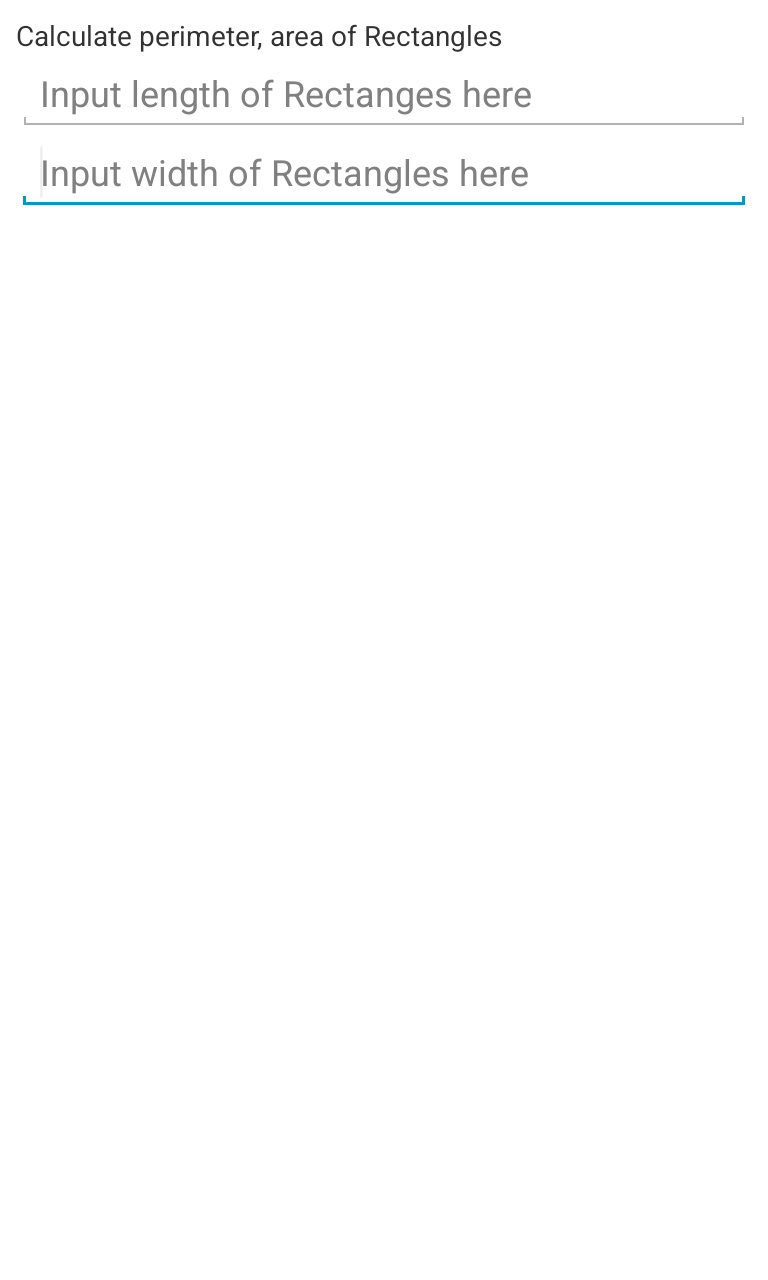
Repository: LightWay152/Lesson1_Variable_Type_Operations
Layout: Perimeter_Area_Rectangles_Circles/res/layout/activity_main.xml
These files come from the project's save history. The layout is drawn as it stood at one moment and after the next save; the edit follows.
It is drawn on a 768 x 1280 px phone screen (xhdpi) without system bars, with theme AppTheme; the app's code is not run.

Above is the layout before, as saved 2017-01-01 08:46:01.

### Perimeter_Area_Rectangles_Circles/res/layout/activity_main.xml
<LinearLayout xmlns:android="http://schemas.android.com/apk/res/android"
    xmlns:tools="http://schemas.android.com/tools"
    android:layout_width="match_parent"
    android:layout_height="match_parent"
    android:orientation="vertical"
    android:padding="8dp"
    tools:context="${relativePackage}.${activityClass}" >

    <TextView
        android:layout_width="match_parent"
        android:layout_height="wrap_content"
        android:text="@string/calculate_perimeter_area_rectangles"/>
	<EditText
        android:id="@+id/EditText1"
        android:layout_width="match_parent"
        android:layout_height="wrap_content"
        android:hint="@string/input_length"
        android:ems="10"><requestFocus />
    </EditText>
	<EditText
        android:id="@+id/EditText2"
        android:layout_width="match_parent"
        android:layout_height="wrap_content"
        android:hint="@string/input_width"
        android:ems="10" ><requestFocus />
    </EditText>

</LinearLayout>

### Perimeter_Area_Rectangles_Circles/res/values/strings.xml
<?xml version="1.0" encoding="utf-8"?>
<resources>

    <string name="app_name">Rectangles_Circles</string>
    <string name="hello_world">Hello world!</string>
    <string name="calculate_perimeter_area_rectangles">Calculate perimeter, area of Rectangles</string>
    <string name="input_length">Input length of Rectanges here</string>
    <string name="input_width">Input width of Rectangles here</string>
    <string name="calculate">Calculate</string>


</resources>

Loaded but not shown: Perimeter_Area_Rectangles_Circles/res/values/styles.xml (common file); Perimeter_Area_Rectangles_Circles/res/values-v11/styles.xml (common file); Perimeter_Area_Rectangles_Circles/res/values-v14/styles.xml (common file)

After the next save:
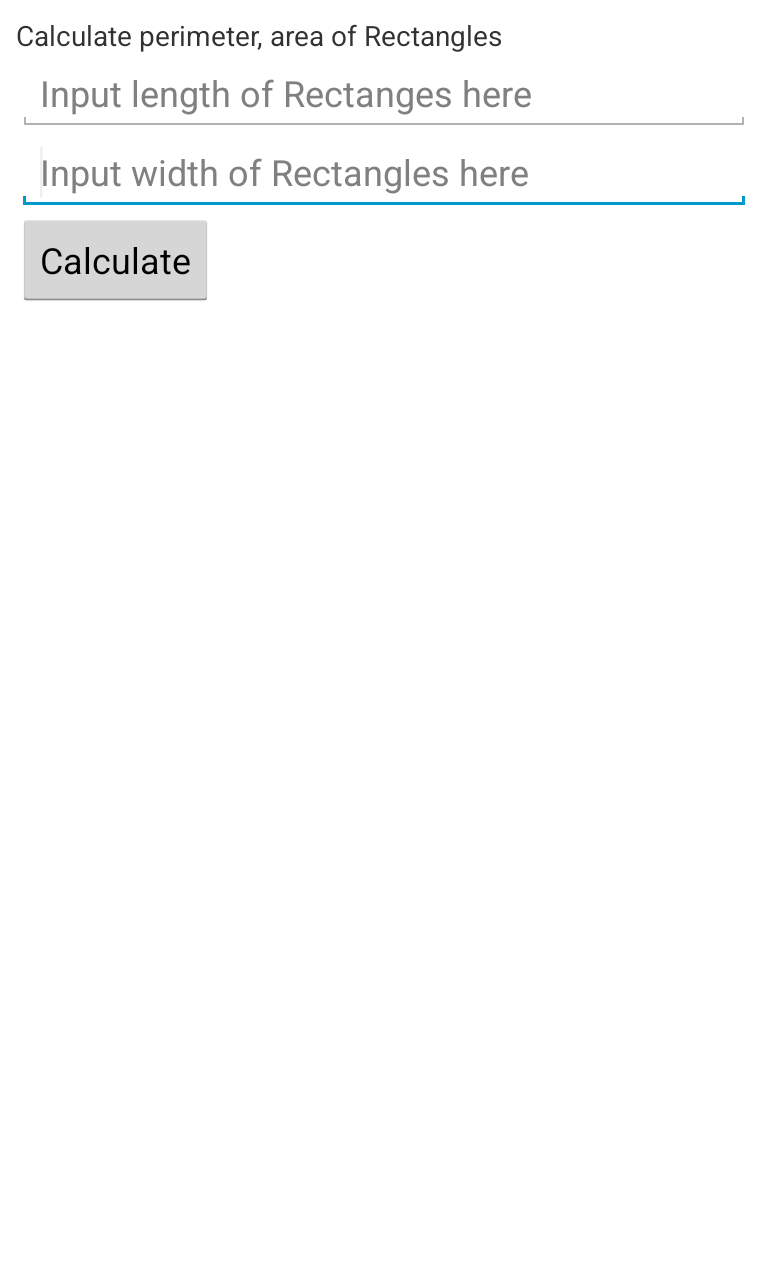
Saved 9 s later.
--- a/Perimeter_Area_Rectangles_Circles/res/layout/activity_main.xml
+++ b/Perimeter_Area_Rectangles_Circles/res/layout/activity_main.xml
@@ -25,4 +25,10 @@
         android:ems="10" ><requestFocus />
     </EditText>
 
+	<Button
+	    android:id="@+id/button1"
+	    android:layout_width="wrap_content"
+	    android:layout_height="wrap_content"
+	    android:text="@string/calculate" />
+
 </LinearLayout>
